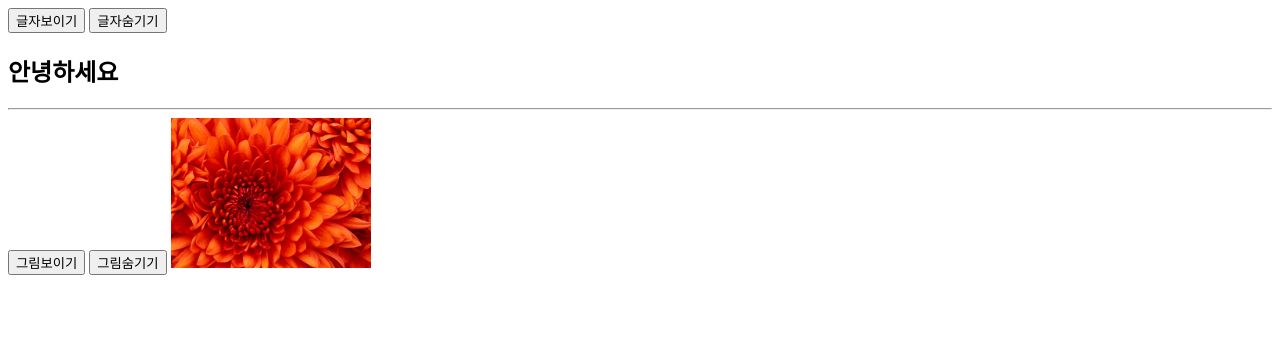
Repository: shbaksa/jsp
Page: http://localhost/jquery/0804/show_hide.jsp
The author's editor kept a copy of each file at every save. The page is drawn from the files as they stood at one save, then again after the next save.
The browser window is 1280 px wide. The pictures show the whole page.
The page is served by Tomcat 9.

Above is the page before, as saved 2022-08-04 07:40:25.

### jquery/src/main/webapp/0804/show_hide.jsp
<%@ page language="java" contentType="text/html; charset=UTF-8"
	pageEncoding="UTF-8"%>
<!DOCTYPE html>
<html>
<head>
<meta charset="UTF-8">
<title>Insert title here</title>
<script src="http://code.jquery.com/jquery-latest.js"></script>
<script>
	$(function() {
		$("#view1").click(function() {

			$("#aa").show();
		});
		$("#hide1").click(function() {

			$("#aa").hide();
		});
		$("#view2").click(function() {

			$("img").show();
		});
		$("#hide2").click(function() {

			$("img").hide();
		});
	});
</script>
</head>
<body>
	<!-- show.hide.jsp	=> show(), hide() -->
	<input type="button" id="view1" value="글자보이기">
	<input type="button" id="hide1" value="글자숨기기">
	<div id="aa">
		<h2>안녕하세요</h2>
	</div>
	<hr>
	<input type="button" id="view2" value="그림보이기">
	<input type="button" id="hide2" value="그림숨기기">
	<img src="1.jpg" width="200">

</body>
</html>

After the next save:
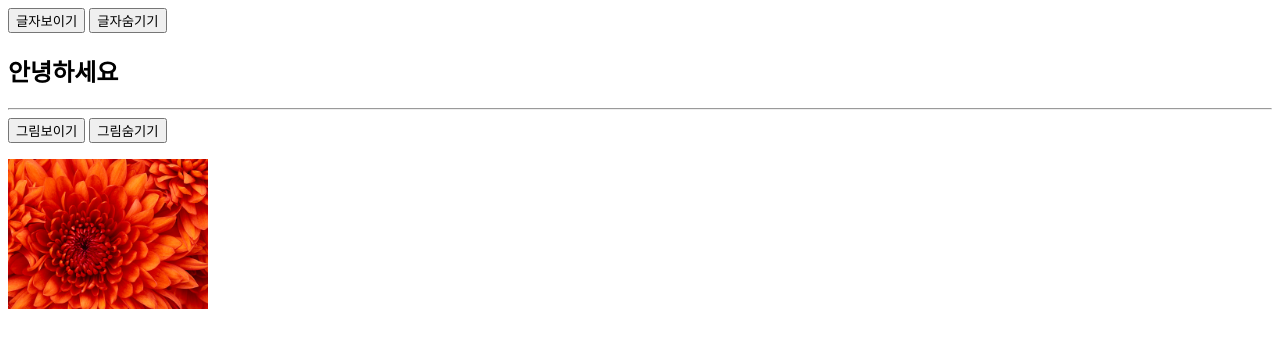
Saved 21 s later.
--- a/jquery/src/main/webapp/0804/show_hide.jsp
+++ b/jquery/src/main/webapp/0804/show_hide.jsp
@@ -36,7 +36,7 @@
 	</div>
 	<hr>
 	<input type="button" id="view2" value="그림보이기">
-	<input type="button" id="hide2" value="그림숨기기">
+	<input type="button" id="hide2" value="그림숨기기"><p>
 	<img src="1.jpg" width="200">
 
 </body>
